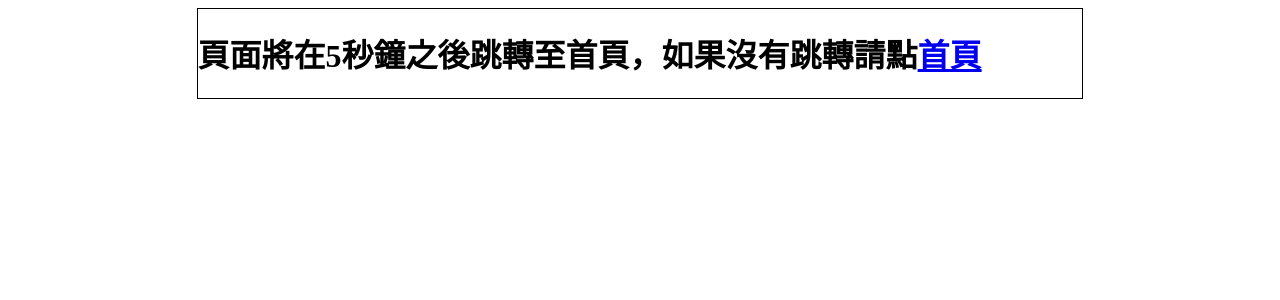
Repository: cctytw2000/JavaSecondProject
Page: http://localhost/EEIT109_35/member/jump.jsp
The author's editor kept a copy of each file at every save. The page is drawn from the files as they stood at one save, then again after the next save.
The browser window is 1280 px wide. The pictures show the whole page.
The page is served by Tomcat 9.

Above is the page before, as saved 2019-09-07 07:45:56.

After the next save:
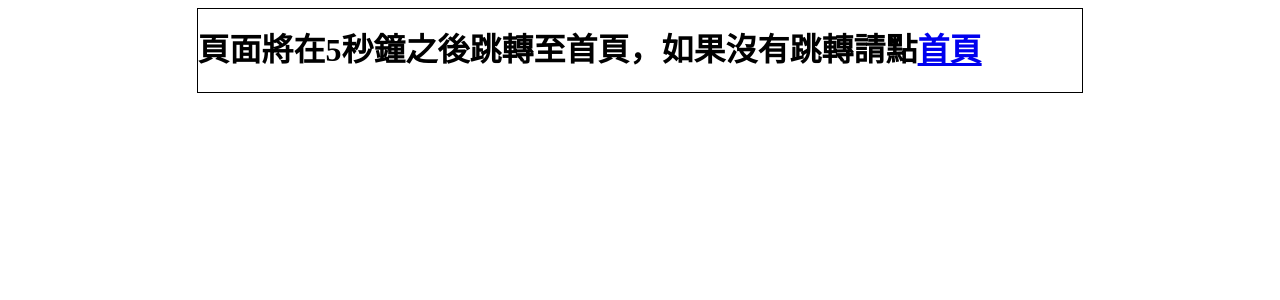
Saved 32 s later.
--- a/Member/EEIT109_35/src/main/webapp/member/jump.jsp
+++ b/Member/EEIT109_35/src/main/webapp/member/jump.jsp
@@ -10,7 +10,7 @@
 </head>
 <body>
 
-	<div style="border: 1px solid black;width:70%;height:30%;margin:auto auto">
+	<div style="border: 1px solid black;width:70%;height:30%;line-height:2.5em;margin:auto auto">
 		<h1>
 			頁面將在5秒鐘之後跳轉至首頁，如果沒有跳轉請點<a href="../home.jsp">首頁</a>
 		</h1>

After the save that followed:
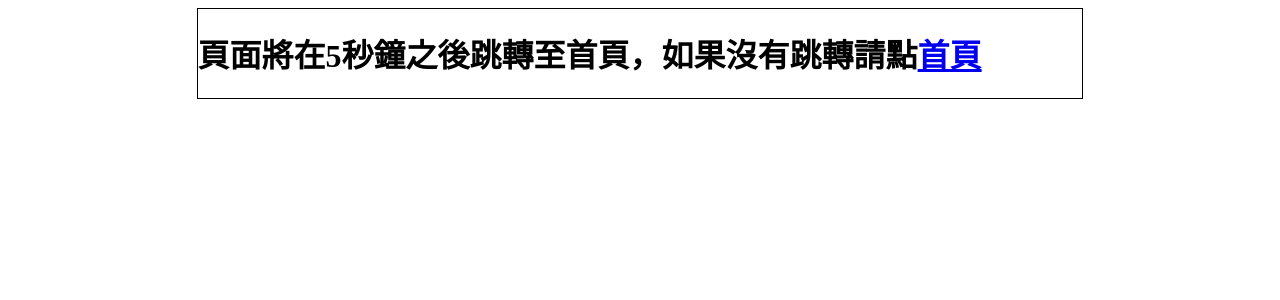
Saved 19 s later.
--- a/Member/EEIT109_35/src/main/webapp/member/jump.jsp
+++ b/Member/EEIT109_35/src/main/webapp/member/jump.jsp
@@ -10,7 +10,7 @@
 </head>
 <body>
 
-	<div style="border: 1px solid black;width:70%;height:30%;line-height:2.5em;margin:auto auto">
+	<div style="border: 1px solid black;width:70%;height:30%;margin:auto auto">
 		<h1>
 			頁面將在5秒鐘之後跳轉至首頁，如果沒有跳轉請點<a href="../home.jsp">首頁</a>
 		</h1>
